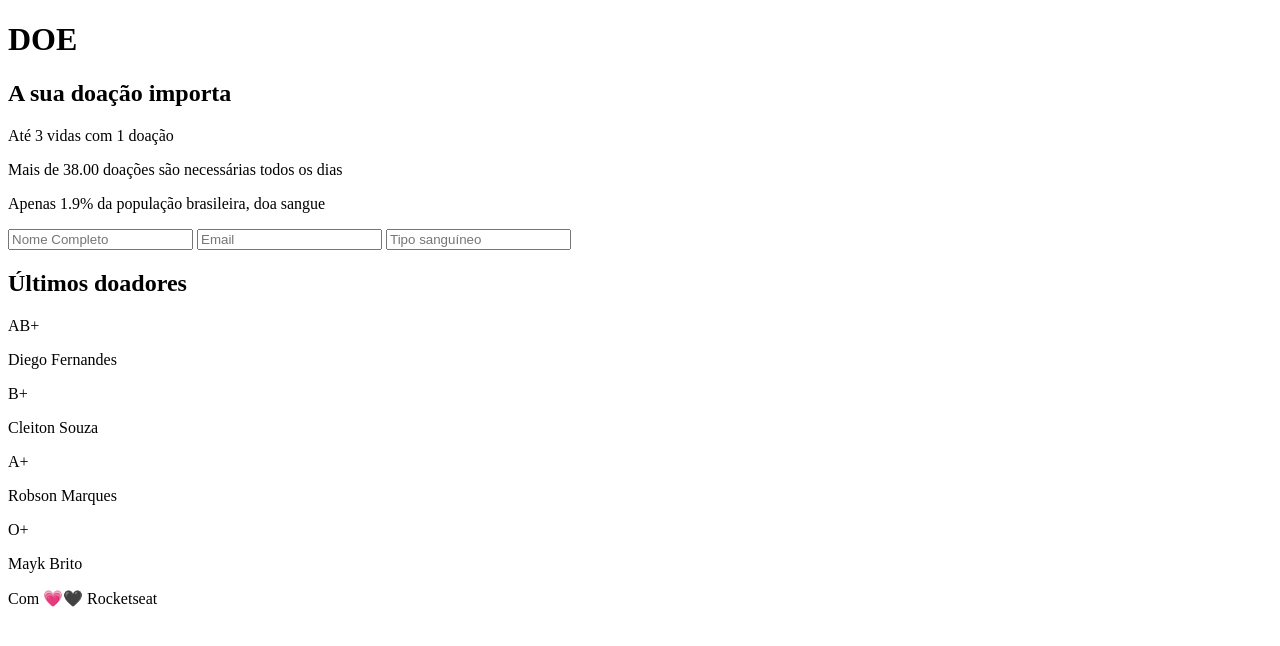
Repository: lucas-silva-dev/Doe
Page: index.html
An editor plug-in stored every save of this project. The page is shown before and after the next save, followed by the edit.
The browser window is 1280 px wide. The pictures show the whole page.

Above is the page before, as saved 2020-02-18 11:26:28.

After the next save:
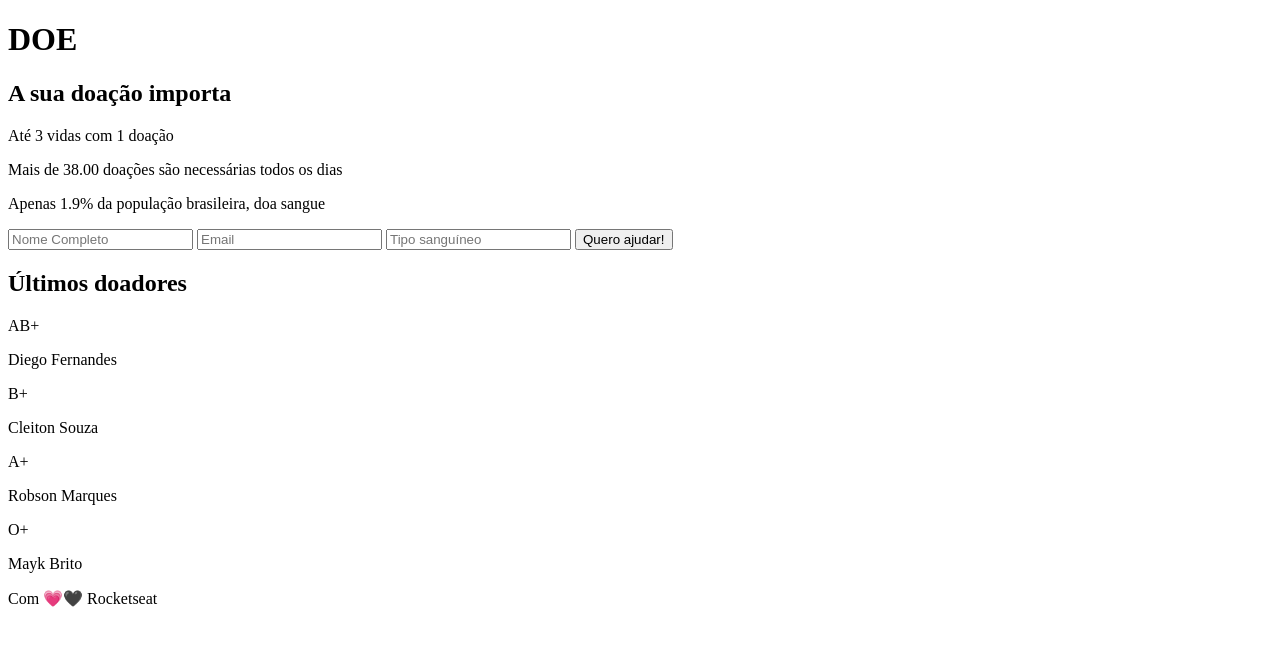
Saved 18 s later.
--- a/index.html
+++ b/index.html
@@ -32,7 +32,7 @@
       <input type="text" name="name" placeholder="Nome Completo">
       <input type="text" name="email" placeholder="Email">
       <input type="text" name="blood" placeholder="Tipo sanguíneo">
-
+      <button type="submit">Quero ajudar!</button>
     </form>
   </section>
 
